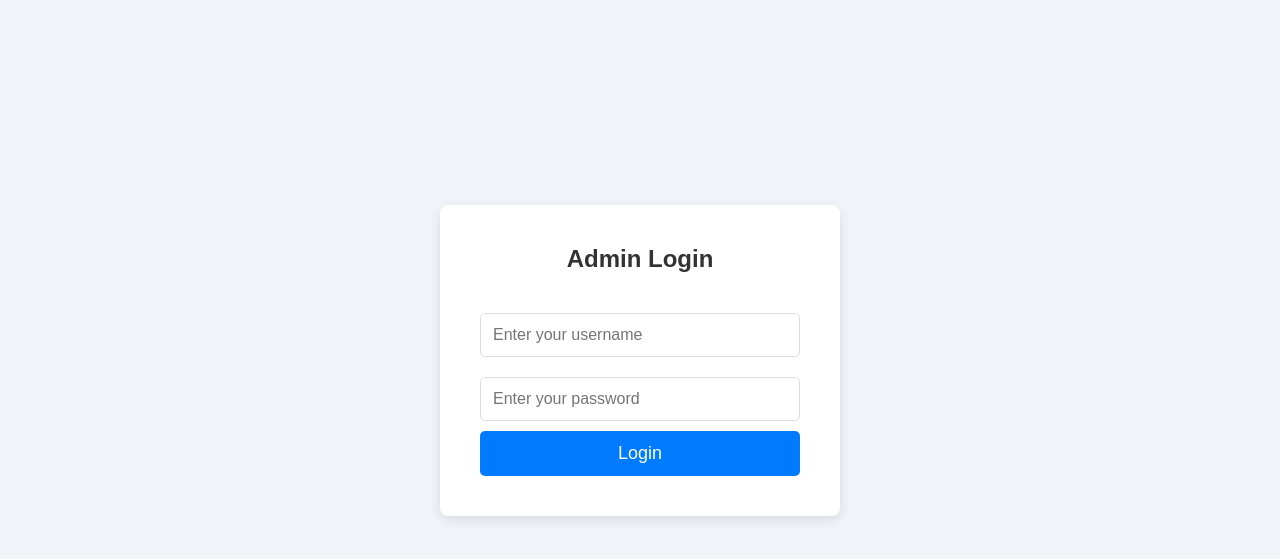
Repository: Purnima-Kushwah11/Online-Product-Management-System
Page: Application1CompleteDatabase/src/main/webapp/AdminLogin.html
The author's editor kept a copy of each file at every save. The page is drawn from the files as they stood at one save, then again after the next save.
The browser window is 1280 px wide. The pictures show the whole page.

Above is the page before, as saved 2025-02-18 14:12:44.

After the next save:
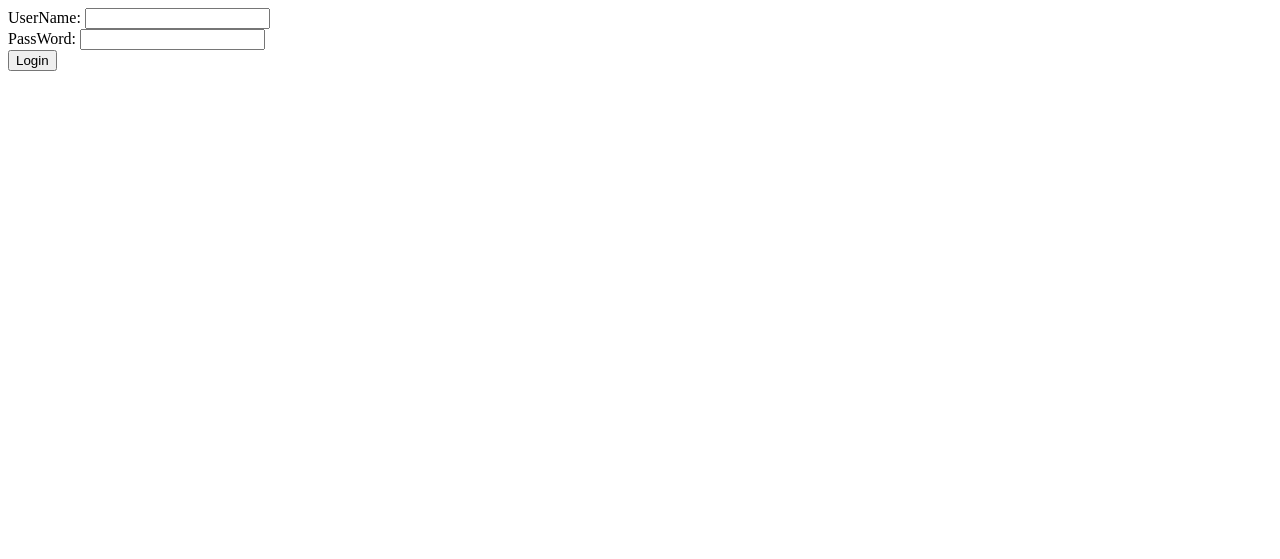
Saved 101 min 53 s later.
--- a/Application1CompleteDatabase/src/main/webapp/AdminLogin.html
+++ b/Application1CompleteDatabase/src/main/webapp/AdminLogin.html
@@ -1,112 +1,16 @@
 <!DOCTYPE html>
-<html lang="en">
+<html>
 <head>
-    <meta charset="UTF-8">
-    <meta name="viewport" content="width=device-width, initial-scale=1.0">
-    <title>Admin Login</title>
-    <style>
-        /* Resetting default margins and paddings */
-        * {
-            margin: 0;
-            padding: 0;
-            box-sizing: border-box;
-        }
-
-        /* Styling the body */
-        body {
-            font-family: Arial, sans-serif;
-            background-color: #f0f4f8;
-            display: flex;
-            justify-content: center;
-            align-items: center;
-            height: 100vh;
-            margin: 0;
-        }
-
-        /* Container for the login form */
-        .login-container {
-            background-color: #ffffff;
-            padding: 40px;
-            border-radius: 8px;
-            box-shadow: 0 4px 12px rgba(0, 0, 0, 0.1);
-            width: 100%;
-            max-width: 400px;
-            text-align: center;
-        }
-
-        h2 {
-            color: #333;
-            margin-bottom: 30px;
-        }
-
-        /* Form field styling */
-        input[type="text"],
-        input[type="password"] {
-            width: 100%;
-            padding: 12px;
-            margin: 10px 0;
-            border: 1px solid #ddd;
-            border-radius: 5px;
-            font-size: 16px;
-        }
-
-        input[type="submit"] {
-            width: 100%;
-            padding: 12px;
-            background-color: #007bff;
-            color: white;
-            border: none;
-            border-radius: 5px;
-            font-size: 18px;
-            cursor: pointer;
-            transition: background-color 0.3s;
-        }
-
-        input[type="submit"]:hover {
-            background-color: #0056b3;
-        }
-
-        /* Error message styling */
-        .error {
-            color: red;
-            font-size: 14px;
-            margin-bottom: 10px;
-        }
-
-        /* Responsive Design */
-        @media (max-width: 600px) {
-            .login-container {
-                padding: 30px;
-            }
-
-            input[type="submit"] {
-                font-size: 16px;
-            }
-        }
-    </style>
+<meta charset="UTF-8">
+<title>Insert title here</title>
 </head>
 <body>
+<form action="admin" method="post">
+UserName: <input type="text" name="uname"><br>
+PassWord: <input type="password" name ="pword"><br>
+<input type="submit" value="Login">
 
-    <div class="login-container">
-        <h2>Admin Login</h2>
-        <form action="admin" method="post">
-            <!-- Error message if login fails -->
-            <div class="error" id="error-message"></div>
-
-            <!-- Username Field -->
-            <input type="text" name="uname" placeholder="Enter your username" required><br>
-
-            <!-- Password Field -->
-            <input type="password" name="pword" placeholder="Enter your password" required><br>
-
-            <!-- Submit Button -->
-            <input type="submit" value="Login">
-        </form>
-    </div>
+</form>
 
 </body>
 </html>
-
-
-</body>
-</html>

After the save that followed:
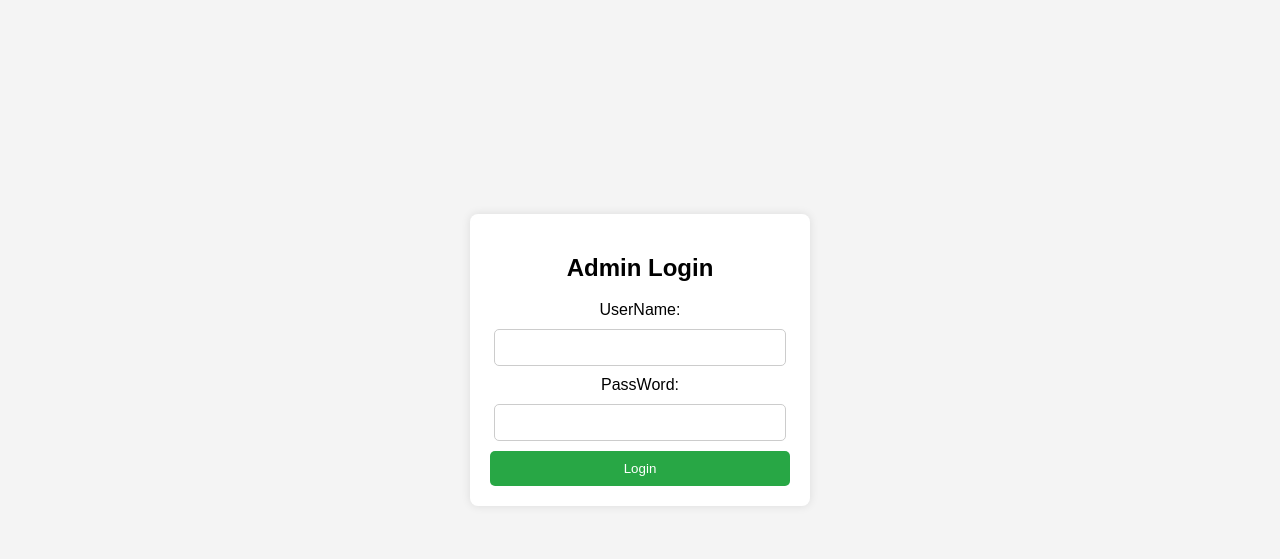
Saved 4 min 33 s later.
--- a/Application1CompleteDatabase/src/main/webapp/AdminLogin.html
+++ b/Application1CompleteDatabase/src/main/webapp/AdminLogin.html
@@ -1,16 +1,61 @@
 <!DOCTYPE html>
 <html>
 <head>
-<meta charset="UTF-8">
-<title>Insert title here</title>
+    <meta charset="UTF-8">
+    <title>Login Page</title>
+    <style>
+        body {
+            font-family: Arial, sans-serif;
+            background-color: #f4f4f4;
+            display: flex;
+            justify-content: center;
+            align-items: center;
+            height: 100vh;
+            margin: 0;
+        }
+
+        form {
+            background: white;
+            padding: 20px;
+            border-radius: 8px;
+            box-shadow: 0 0 10px rgba(0, 0, 0, 0.1);
+            width: 300px;
+            text-align: center;
+        }
+
+        input[type="text"], input[type="password"] {
+            width: 90%;
+            padding: 10px;
+            margin: 10px 0;
+            border: 1px solid #ccc;
+            border-radius: 5px;
+        }
+
+        input[type="submit"] {
+            background-color: #28a745;
+            color: white;
+            border: none;
+            padding: 10px;
+            width: 100%;
+            cursor: pointer;
+            border-radius: 5px;
+        }
+
+        input[type="submit"]:hover {
+            background-color: #218838;
+        }
+    </style>
 </head>
 <body>
-<form action="admin" method="post">
-UserName: <input type="text" name="uname"><br>
-PassWord: <input type="password" name ="pword"><br>
-<input type="submit" value="Login">
 
-</form>
+    <form action="admin" method="post">
+        <h2>Admin Login</h2>
+        <label>UserName:</label><br>
+        <input type="text" name="uname"><br>
+        <label>PassWord:</label><br>
+        <input type="password" name="pword"><br>
+        <input type="submit" value="Login">
+    </form>
 
 </body>
 </html>
